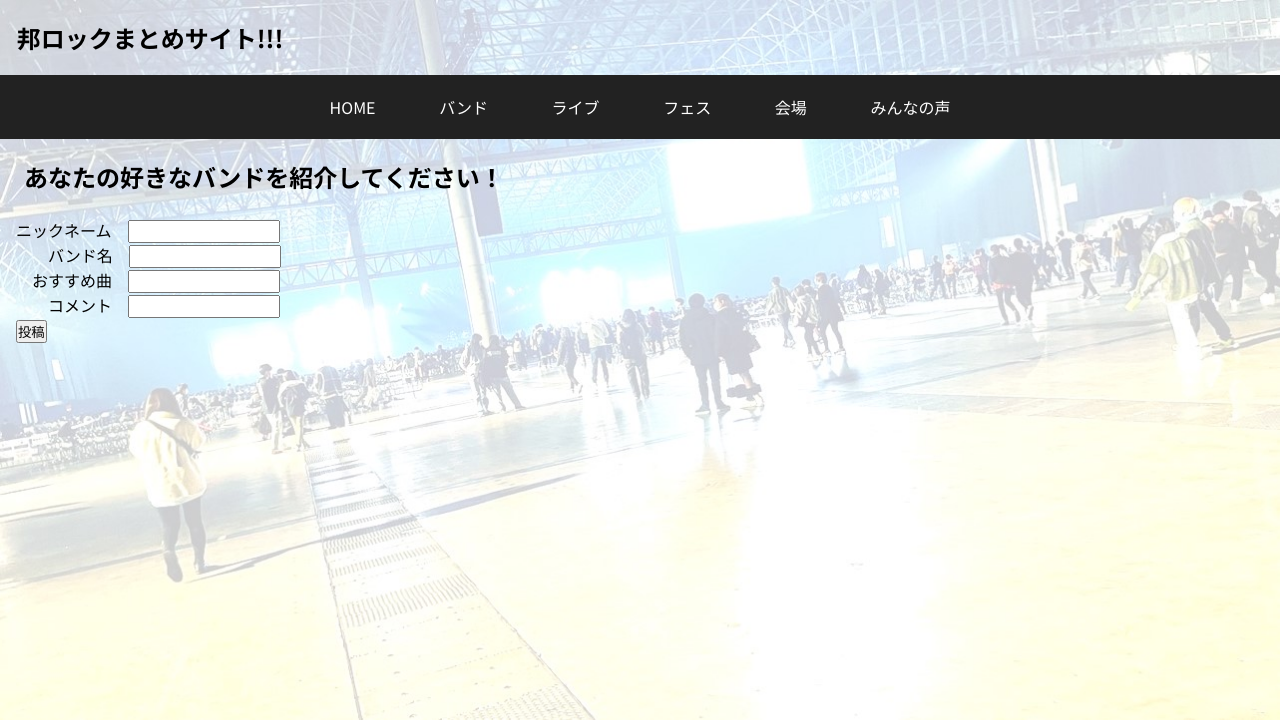
Repository: keimo15/web_live
Page: LetsEnjoyLive/src/main/webapp/reviewForm.html
These files come from the project's save history. The page is drawn as it stood at one moment and after the next save; the edit follows.
The browser window is 1280 px wide. The pictures show the whole page.

Above is the page before, as saved 2023-07-02 23:34:01.

After the next save:
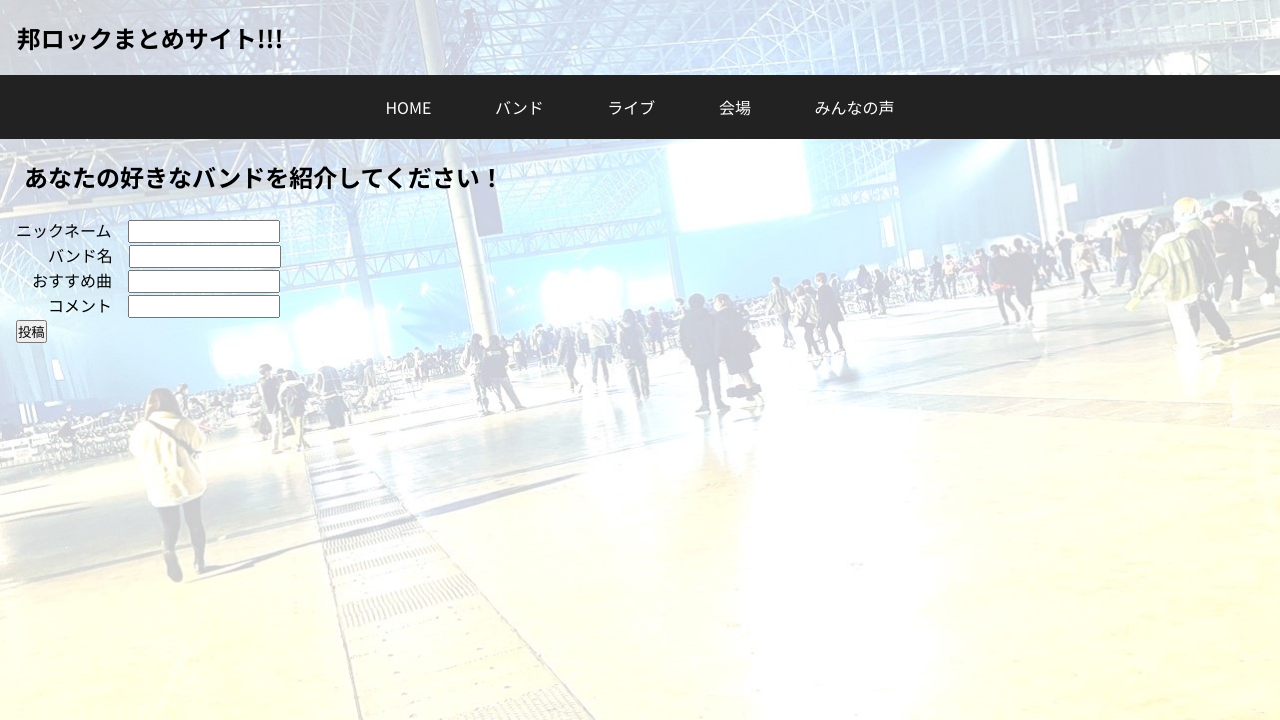
Saved 64 s later.
--- a/LetsEnjoyLive/src/main/webapp/reviewForm.html
+++ b/LetsEnjoyLive/src/main/webapp/reviewForm.html
@@ -10,10 +10,9 @@
         <nav>
             <h2 class="logo">邦ロックまとめサイト!!!</h2>
             <ul>
-                <li><a href="home.html">HOME</a></li>
+                <li><a href="index.html">HOME</a></li>
                 <li><a href="band.jsp">バンド</a></li>
                 <li><a href="live.jsp">ライブ</a></li>
-                <li><a href="fes.jsp">フェス</a></li>
                 <li><a href="place.jsp">会場</a></li>
                 <li><a href="review.jsp">みんなの声</a></li>
             </ul>
